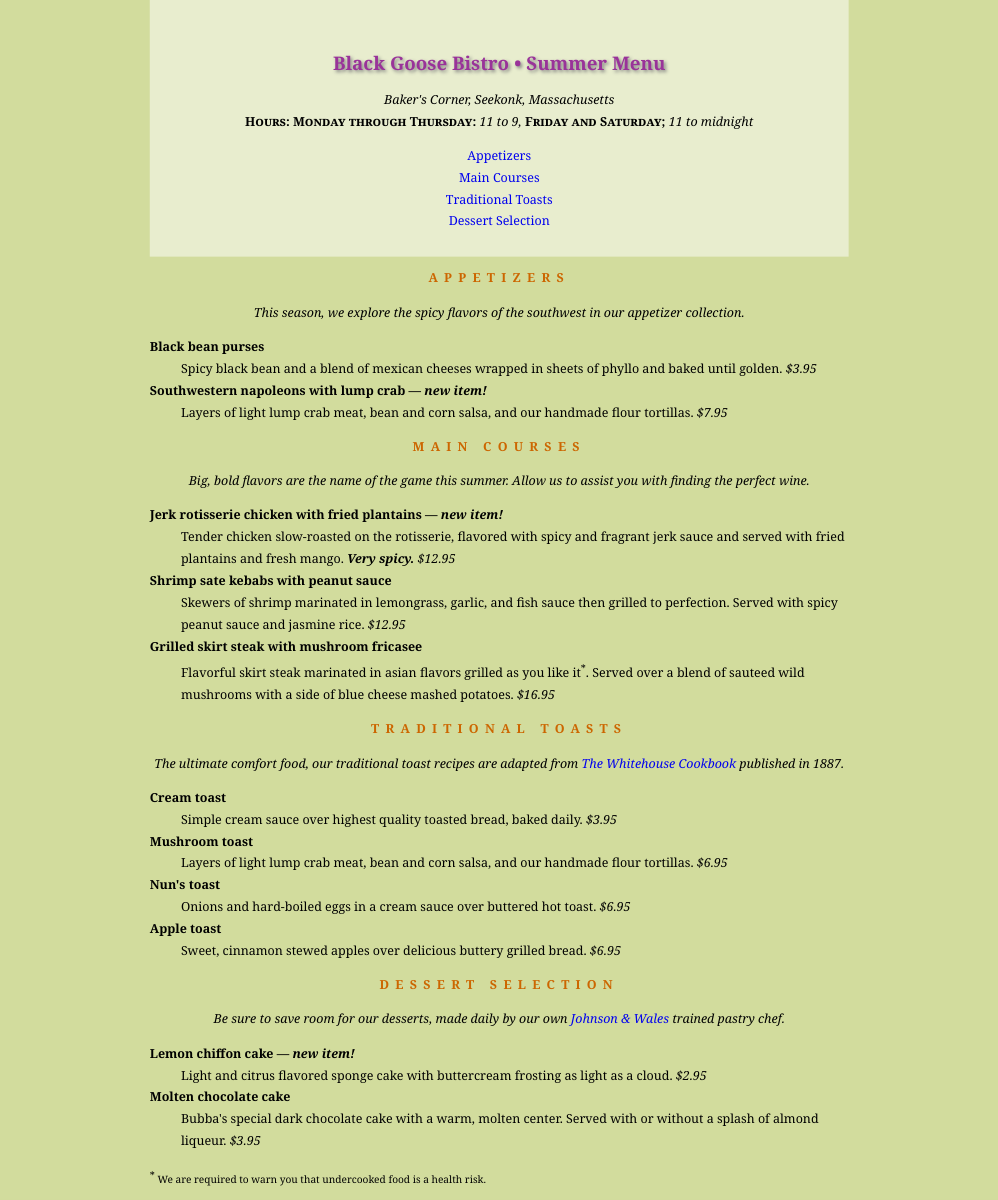
Repository: Lithium87/WebDesign
Page: Bistro/bistro.html
An editor plug-in stored every save of this project. The page is shown before and after the next save, followed by the edit.
The browser window is 1280 px wide. The pictures show the whole page, at 78% of full size.
Some web fonts or font styles are not loaded; a fallback is used.

Above is the page before, as saved 2020-04-14 12:26:24.

After the next save:
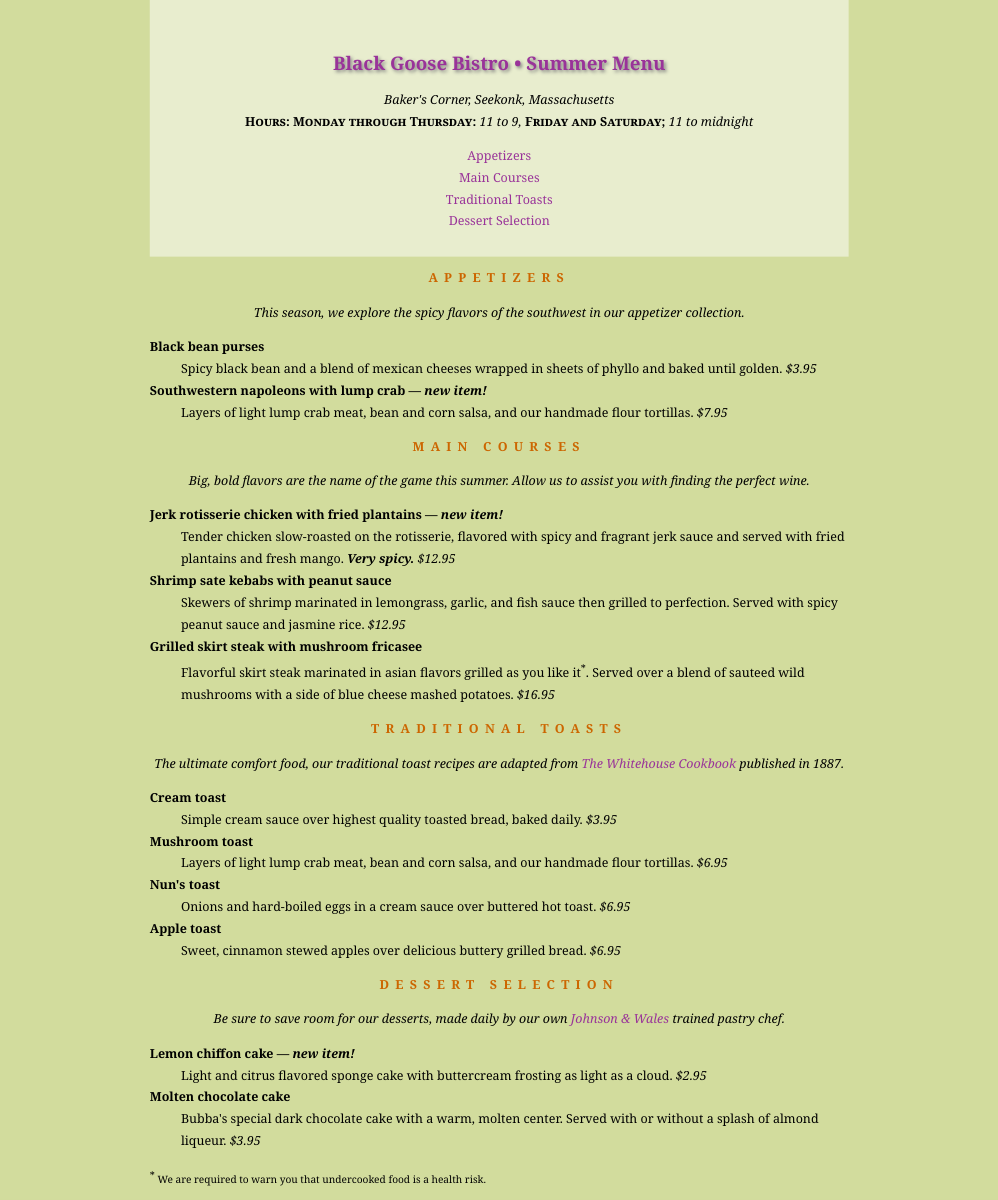
Saved 114 s later.
--- a/Bistro/bistro.html
+++ b/Bistro/bistro.html
@@ -23,6 +23,7 @@
 
         a {
             text-decoration: none;
+            color: #993399;
         }
 
         h1 {
